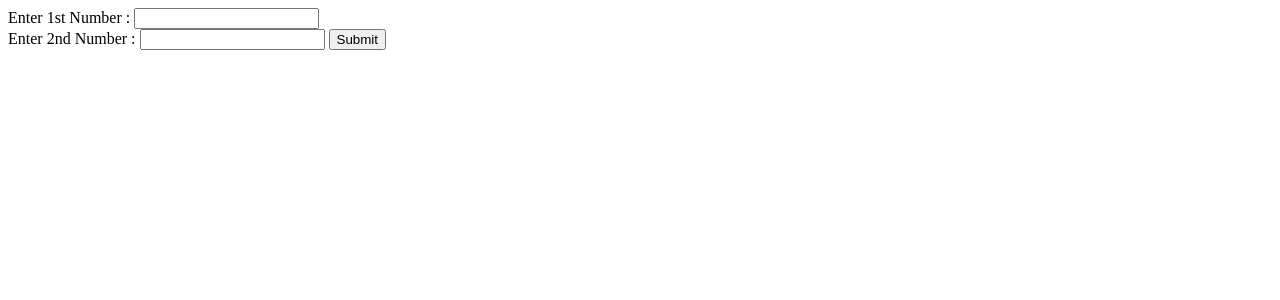
Repository: Attishgawali/JavaServletAndJSP
Page: DemoApp/src/main/webapp/index.html
An editor plug-in stored every save of this project. The page is shown before and after the next save, followed by the edit.
The browser window is 1280 px wide. The pictures show the whole page.

Above is the page before, as saved 2023-07-01 11:43:13.

After the next save:
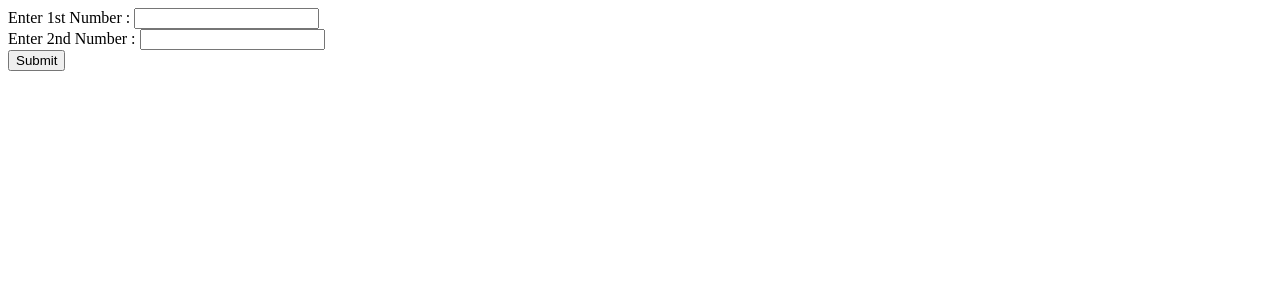
Saved 11 s later.
--- a/DemoApp/src/main/webapp/index.html
+++ b/DemoApp/src/main/webapp/index.html
@@ -7,7 +7,7 @@
 <body>
 	<from action= "add">
 		Enter 1st Number : <input type="text" name="t1"><br>
-		Enter 2nd Number : <input type="text" name="t2">
+		Enter 2nd Number : <input type="text" name="t2"><br>
 		<input type="submit">
 	</from>
 </body>
